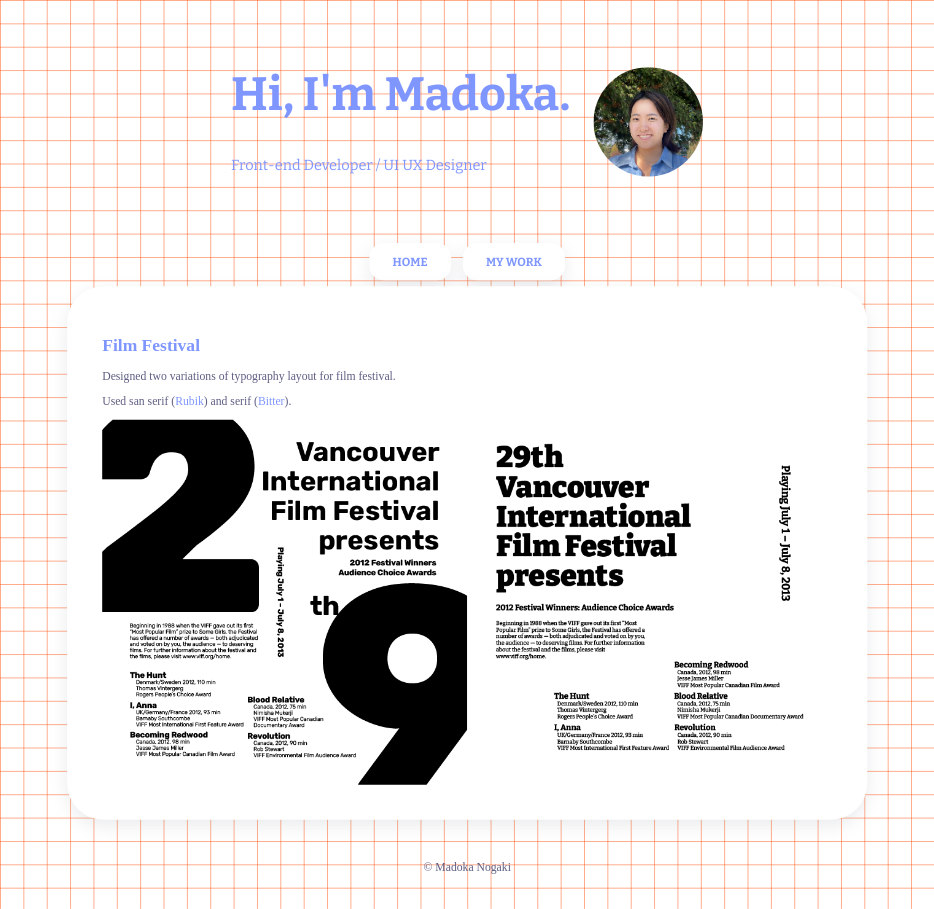
Repository: ohmaruko/portfolio
Page: /links/filmFestival
These files come from the project's save history. The page is drawn as it stood at one moment and after the next save; the edit follows.
The browser window is 1280 px wide. The pictures show the whole page, at 73% of full size.
The project was rebuilt for these pictures with package versions that can differ from the ones it lists, and the page was loaded fresh each time. The framework's server and built-in components were replaced by stand-ins that run in the browser. Also part of the build but not shown: next.config.mjs.

Above is the page before, as saved 2024-02-19 00:00:00.

### pages/links/filmFestival.js
import styles from '/styles/Home.module.css'
import Header from '@/components/Header'
import Footer from '@/components/Footer'
import { Open_Sans } from 'next/font/google'
import Image from 'next/image'
const openSans = Open_Sans ({subsets: ['latin']})
import Box from '@/components/Box'

export default function Works() {
  return (
    <>

      <head>
        <title>Madoka Nogaki Portfolio</title>
        <meta name="description" content="Portfolio page" />
        <meta name="viewport" content="width=device-width, initial-scale=1" />
        <link rel="icon" href="/favicon.png" />
      </head>

      <div className={styles.container}>
        <Header className={openSans.className}/>
        <main className={styles.film}>
            <div>
                <Box content={
                    <div>
                        <h2>Film Festival</h2>
                        <p>Designed two variations of typography layout for film festival.</p>
                        <p>Used san serif (<a href="https://fonts.google.com/specimen/Rubik" target='_blank'>Rubik</a>)
                        and serif (<a href="https://fonts.google.com/specimen/Bitter" target='_blank'>Bitter</a>).</p>
                        <div className={styles.filmAdsContainer}>
                          <div className={styles.filmAds}>
                            <Image src='/images/film1.png' alt='Hair Sunset Ad1' fill/>
                          </div>
                          <div className={styles.filmAds}>
                            <Image src='/images/film2.png' alt='Hair Sunset Ad2' fill/>
                          </div>
                        </div>
                    </div>
                }/>
            </div>
        </main>

        <div className={styles.outerContainer}>
          <Footer />
        </div>
      </div>

    </>
  )
}

### styles/globals.css
:root {
  --orange: #FF5714;
  --light-orange: rgba(255, 87, 20, 0.5);
  --blue: #7F96FF;
  --white: #fff;
  --light-yellow: #FFF6E5;
  --text: #5e5e83;
  color: var(--blue);
}

body {
  margin: 0;
  background-image:
    linear-gradient(to right, var(--light-orange) 1px, transparent 1px),
    linear-gradient(to bottom, var(--light-orange) 1px, transparent 1px);
  background-size: 2em 2em;
  background-color: var(--white);
}
h1 {
  font-size: 64px;
}
h2 {
  font-size: 24px;
}
h6 {
  font-size: 20px;
}
p {
  color: var(--text);
  font-size: 16px;
}
@media (max-width: 820px){
  h1 {
    font-size: 36px;
  }
  h2 {
    font-size: 20px;
  }
  h6 {
    font-size: 16px;
  }
  p {
    font-size: 14px;
  }
}

### styles/Home.module.css
.container {
  display: flex;
  flex-direction: column;
  align-items: center;
  min-height: 100vh;
  width: 100%;
}
/* .header {
  width: 70%;
} */
.outerContainer {
  display: flex;
  flex-wrap: wrap;
  width: 70%;
  justify-content: center;
  margin: 2em auto;
}
.box1 {
  width: 60%;
}
.box2 {
  width: 40%;
}
.link {
  text-decoration: none;
  color: var(--text);
  display: flex;
  align-items: center;
  gap: 1rem;
}
.logo {
  fill: var(--blue);
  padding: 5px;
  border-radius: 10px;
}
.link:hover .logo{
  background-color: var(--blue);
  fill: var(--white);
}
.skill {
  display: flex;
  gap: 1rem;
}
.footer {
  margin: 2rem;
}
.works {
  margin: 2rem;
  width: 70%;
  display: flex;
  flex-wrap: wrap;
  justify-content: center;
}
.donuts {
  width: 70%;
}
.ads {
  display: flex;
  flex-wrap: wrap;
  justify-content: center;
  gap: 1rem;
}
.logoContainer {
  display: flex;
  flex-direction: column;
}
.logoInner{
  display: flex;
  justify-content: space-evenly;
}
.film a{
  text-decoration: none;
  color: var(--blue);
}
.filmAdsContainer {
  display: flex;
  flex-wrap: wrap;
}
.filmAds {
  width: 500px;
  height: 500px;
  position: relative;
}


/* mobile */
@media (max-width: 820px){
  .box1 {
    flex-basis: 100%;
  }
  .box2 {
    flex-basis: 100%;
  }
  .outerContainer {
    width: 90%;
  }
  .donuts {
    width: 90%;
  }
  .hair {
    width: 90%;
  }
  .film {
    width: 90%;
  }
  .film Image {
    width: 100px;
    height: 100px;
  }
}

### components/Header/index.js
import styles from './Header.module.css'
import Image from 'next/image'
import Link from 'next/link'
import { Bitter } from 'next/font/google'
const bitter = Bitter ({subsets: ['latin']})

export default function Header() {
    return (
        <header className={`${styles.header}, ${bitter.className}`}>
            <div className={styles.banner}>
                <div>
                    <h1>Hi, I'm Madoka.</h1>
                    <h6 style={{fontWeight: 400}}>Front-end Developer / UI UX Designer</h6>
                </div>
                <Image src="/images/profile.png" alt="profile image" width={150} height={150} className={styles.img} />
            </div>
            <div className={styles.menu}>
                <Link href='/'>HOME</Link>
                <Link href='/works'>MY WORK</Link>
            </div>
        </header>

    )
}

### components/Footer/index.js
import styles from "./Footer.module.css"

export default function Footer() {
    return (
        <>
            <p>&copy; Madoka Nogaki</p>
        </>
    )
}

### components/Box/index.js
import styles from "./Box.module.css"

export default function Box({
    title,
    content,
}) {
    return (
        <div className={styles.box} style={{}}>
            <h2 style={{color: "var(--blue)"}}>{title}</h2>
            {content}
        </div>
    )
}

### components/Header/Header.module.css
.header {
    width: 100%;
}
.banner {
    font-size: 2em;
    color: var(--blue);
    display: flex;
    justify-content: center;
    align-items: center;
    gap: 2rem;
    margin: 3rem 0;
}
.img {
    border-radius: 50%;
}
.menu {
    display: flex;
    justify-content: center;
    gap: 1rem;
}
.menu a {
    text-decoration: none;
    color: var(--blue);
    font-weight: bold;
    background-color: var(--white);
    box-shadow: rgba(149, 157, 165, 0.2) 0px 8px 24px;
    border-radius: 20px;
    padding: 1rem 2rem;
}
.menu a:hover {
    background-color: var(--blue);
    color: var(--white);
}

@media (max-width: 820px){
    .banner{
        display: flex;
        flex-direction: column;
        margin: 2rem 1rem;
        text-align: center;
        gap: 0;
    }
}

### components/Box/Box.module.css
.box {
    background-color: var(--white);
    padding: 3em;
    margin: 0.5em;
    border-radius: 50px;
    box-shadow: rgba(149, 157, 165, 0.2) 0px 8px 24px;
}

Loaded but not shown: pages/_app.js (common file); pages/_document.js (common file); components/Footer/Footer.module.css (no stored copy; drawn as an empty file)

After the next save:
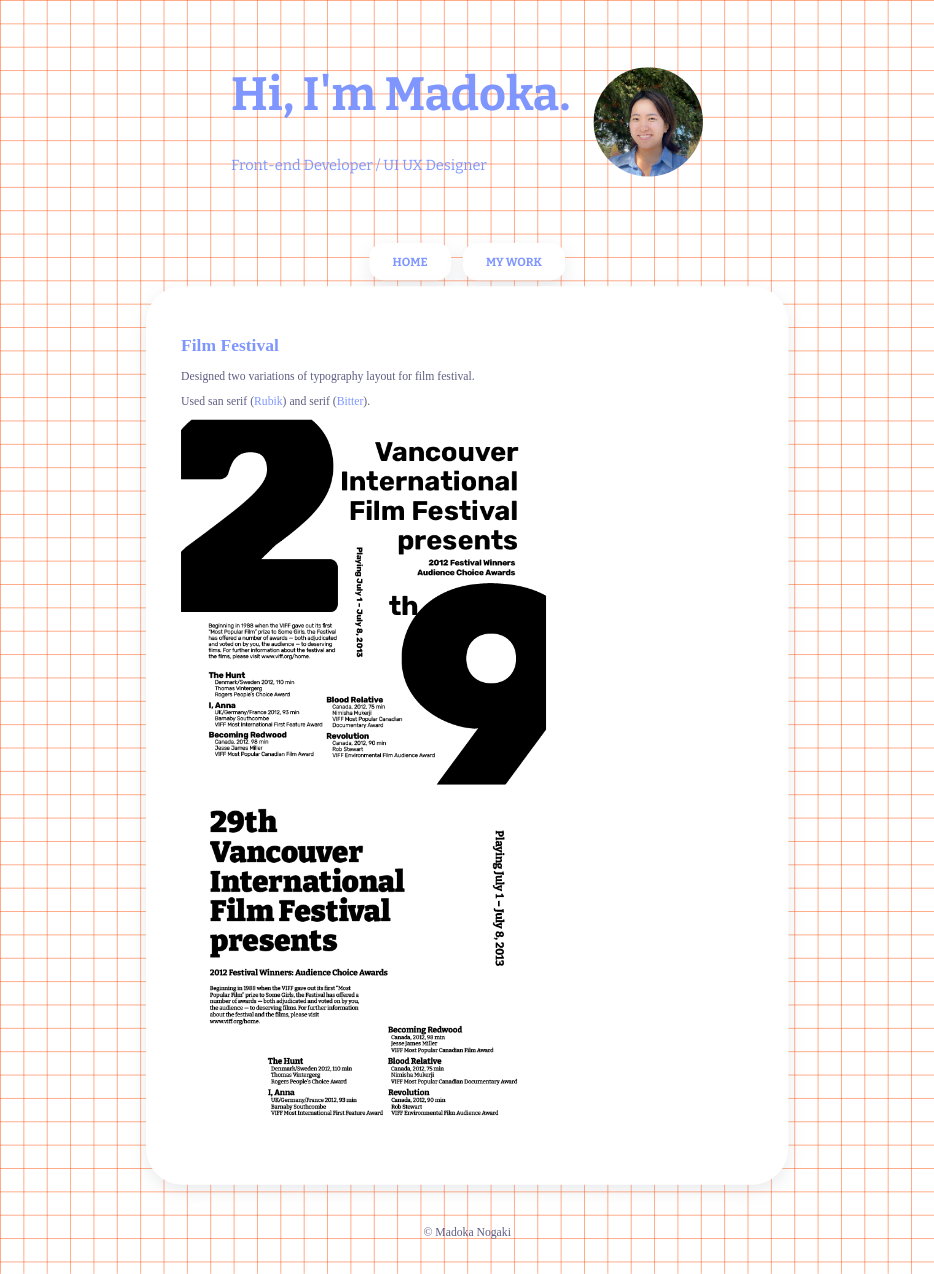
Saved 6 s later.
--- a/styles/Home.module.css
+++ b/styles/Home.module.css
@@ -68,6 +68,9 @@
   display: flex;
   justify-content: space-evenly;
 }
+.film {
+  width: 70%;
+}
 .film a{
   text-decoration: none;
   color: var(--blue);
